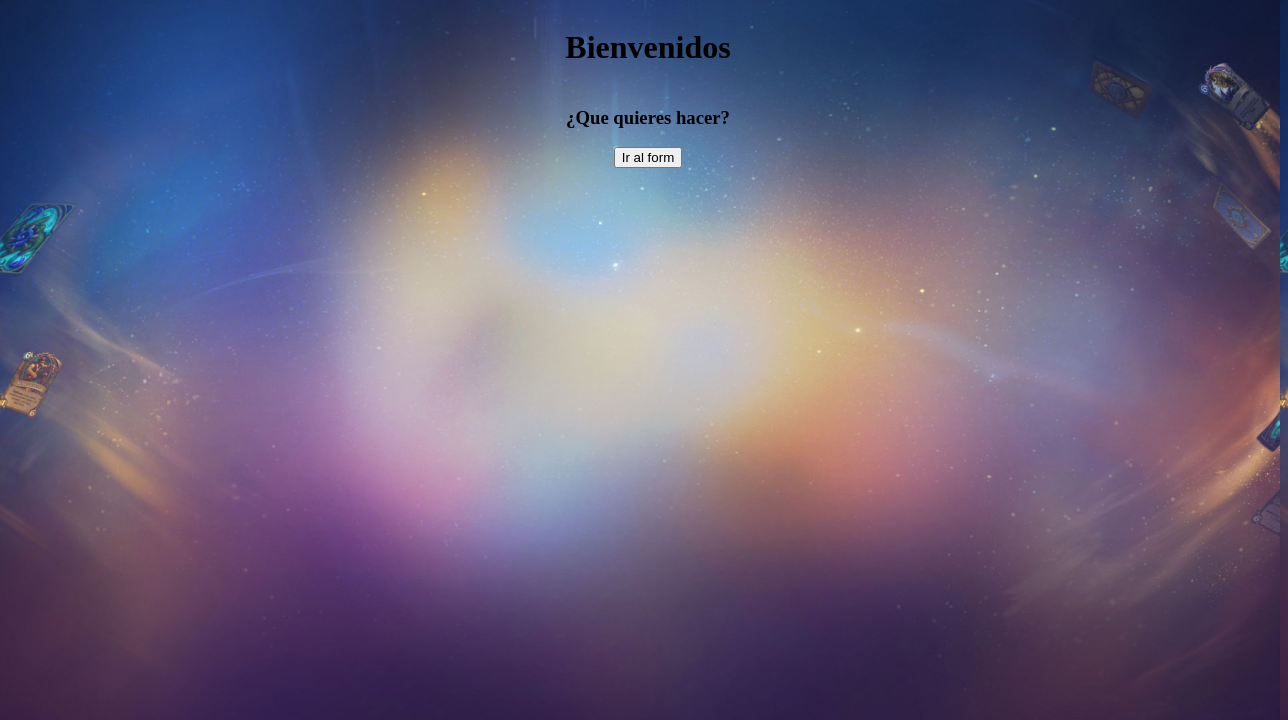
Repository: azumay/Juego-Cartas-RPG
Page: http://localhost/Prueba/
These files come from the project's save history. The page is drawn as it stood at one moment and after the next save; the edit follows.
The browser window is 1280 px wide. The page is 1288 px wide, so the pictures cover 1288 px, including what lies to the right of the window. The pictures show the whole page.
The page is served by Tomcat 9.

Above is the page before, as saved 2022-02-17 14:50:23.

### Prueba/src/main/webapp/index.jsp
<%@ page import="java.util.Arrays,java.util.List"%>
<%@ page language="java" contentType="text/html; charset=UTF-8"
	pageEncoding="UTF-8"%>

<!DOCTYPE html>
<html>
<head>
<meta charset="UTF-8">
<title>Juego de cartas - Yamuza Game</title>
<link rel="stylesheet" href="Estilos/estilos.css">
</head>
<body>


<h1>Bienvenidos</h1>

<h3>¿Que quieres hacer?</h3>

<a href='form.jsp'>
<button>
Ir al form
</button>
</a>

</body>
</html>

### Prueba/src/main/webapp/Estilos/estilos.css
@charset "UTF-8";

body {
	background-image: url("../img/fondo-web.jpg");
	background-size: cover;
	display: flex;
	-moz-box-pack: start;
	justify-content: flex-start;
	flex-direction: column;
	-moz-box-align: center;
	align-items: center;
	position: relative;
	padding-bottom: 125px;
	width: 100%;
	overflow: hidden;
}

After the next save:
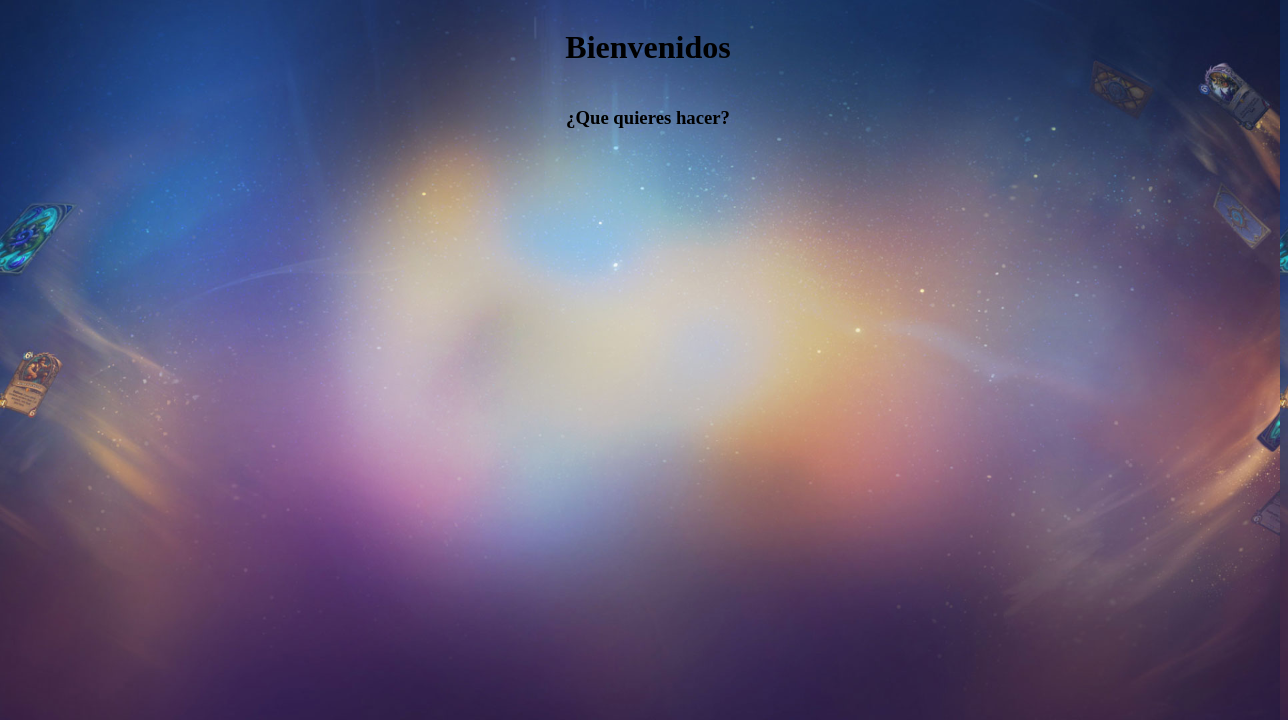
Saved 30 s later.
--- a/Prueba/src/main/webapp/index.jsp
+++ b/Prueba/src/main/webapp/index.jsp
@@ -17,9 +17,7 @@
 <h3>¿Que quieres hacer?</h3>
 
 <a href='form.jsp'>
-<button>
-Ir al form
-</button>
+
 </a>
 
 </body>
